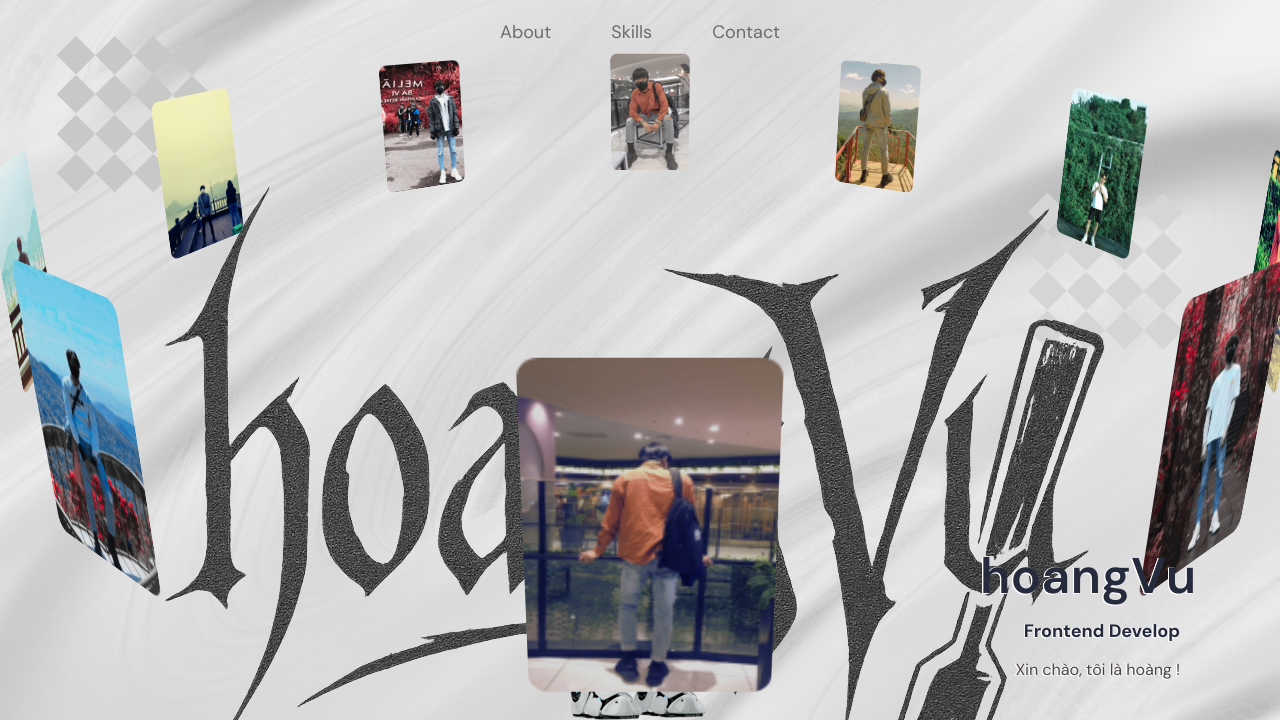
Repository: hoang28092000/portfolio
Page: index.html
The author's editor kept a copy of each file at every save. The page is drawn from the files as they stood at one save, then again after a run of saves.
The browser window is 1280 px wide. The pictures show the whole page.

Above is the page before, as saved 2025-04-10 23:29:48.

After the next 2 saves:
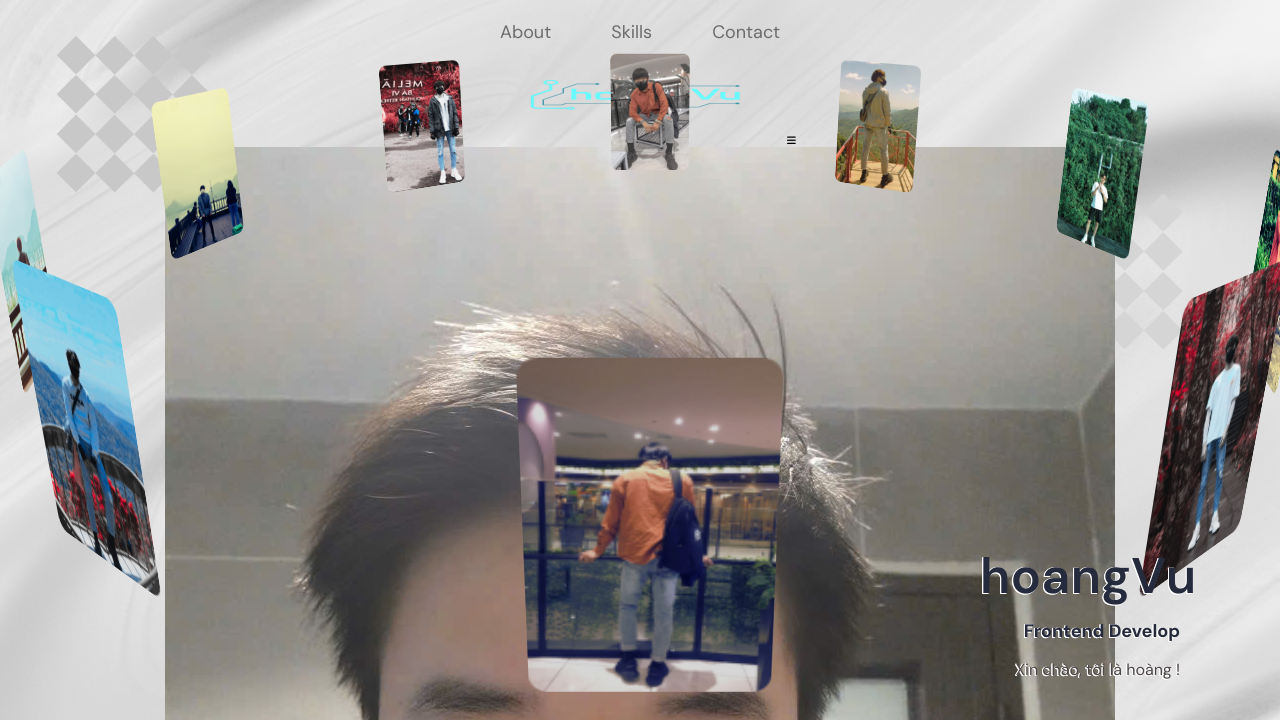
The 2 saves are shown as one change because they came seconds apart.
The last was saved 9 s later.
--- a/index.html
+++ b/index.html
@@ -37,7 +37,7 @@
           </ul>
         </nav>
         <div class="top-header-mobile">
-          <img src="./asset/image/logo.png" alt="" class="logo-header">
+          <img src="./asset/image/log-blue.png" alt="" class="logo-header">
           <i class="fa-solid fa-bars menu-header"></i>
         </div>
       </div>
